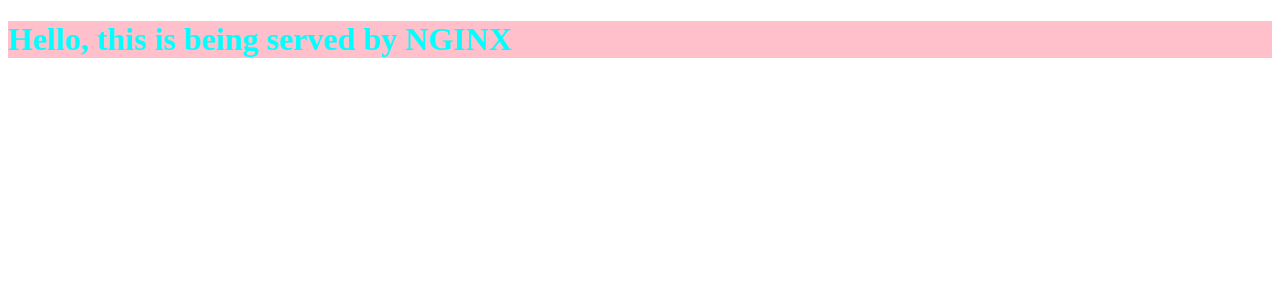
Repository: alejandroRdzGarza/nginx_test
Page: fruits/index.html
The author's editor kept a copy of each file at every save. The page is drawn from the files as they stood at one save, then again after the next save.
The browser window is 1280 px wide. The pictures show the whole page.

Above is the page before, as saved 2024-03-02 17:25:11.

### fruits/index.html
<!DOCTYPE html>
<html>
    <head>
        <meta charset="UTF-8"/>
        <title>My NGINX project</title>
        <link rel="stylesheet" href="./styles.css"/>
    </head>
    <body>
        <h1>Hello, this is being served by NGINX</h1>
    </body>
</html>

### styles.css
h1 {
    background-color: pink;
    color: aqua;
}

After the next save:
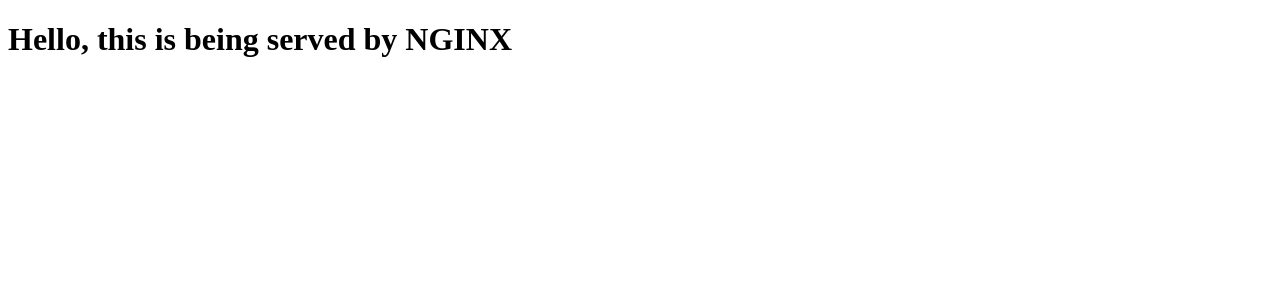
Saved 10 s later.
--- a/fruits/index.html
+++ b/fruits/index.html
@@ -3,7 +3,6 @@
     <head>
         <meta charset="UTF-8"/>
         <title>My NGINX project</title>
-        <link rel="stylesheet" href="./styles.css"/>
     </head>
     <body>
         <h1>Hello, this is being served by NGINX</h1>
